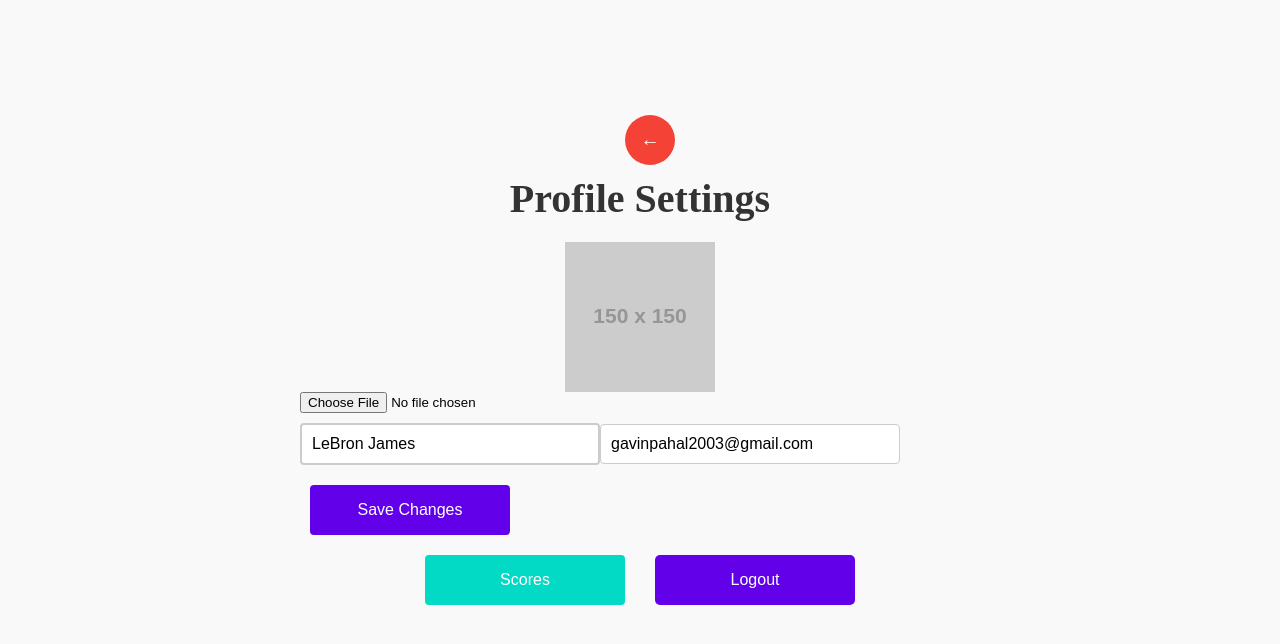
Repository: parnelltse/frontend2-courseproject
Page: /profilesettings
The author's editor kept a copy of each file at every save. The page is drawn from the files as they stood at one save, then again after the next save.
The browser window is 1280 px wide. The pictures show the whole page.
The project was rebuilt for these pictures with package versions that can differ from the ones it lists, and the page was loaded fresh each time. Also part of the build but not shown: vite.config.js, src/pages/landing.jsx, src/pages/home.jsx, src/pages/gameoptions.jsx, src/pages/appsettings.jsx, src/pages/gamehistory.jsx, src/pages/singleplayer.jsx, src/pages/multiplayer.jsx and 4 more.

Above is the page before, as saved 2024-11-17 01:18:27.

After the next save:
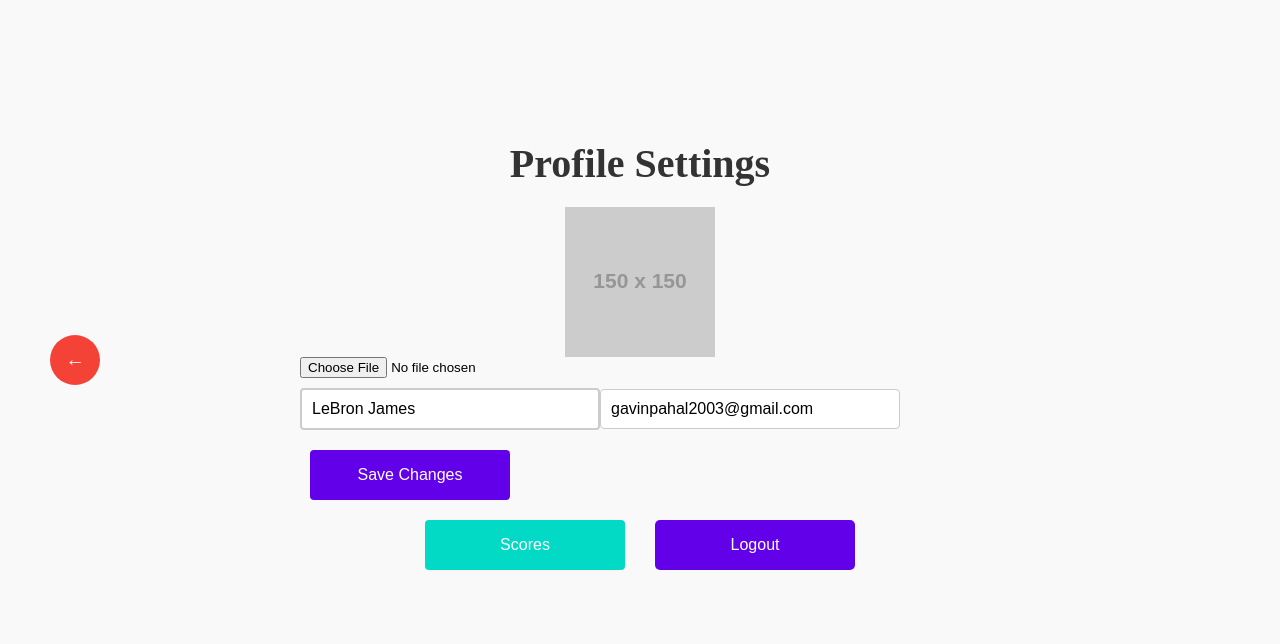
Saved 83 s later.
--- a/src/App.css
+++ b/src/App.css
@@ -536,4 +536,6 @@ button:hover {
 	flex-direction: row;
 	justify-content: flex-start;
 	padding-left: 20px;
-}
+	position: absolute;
+	left: 20px;
+}
